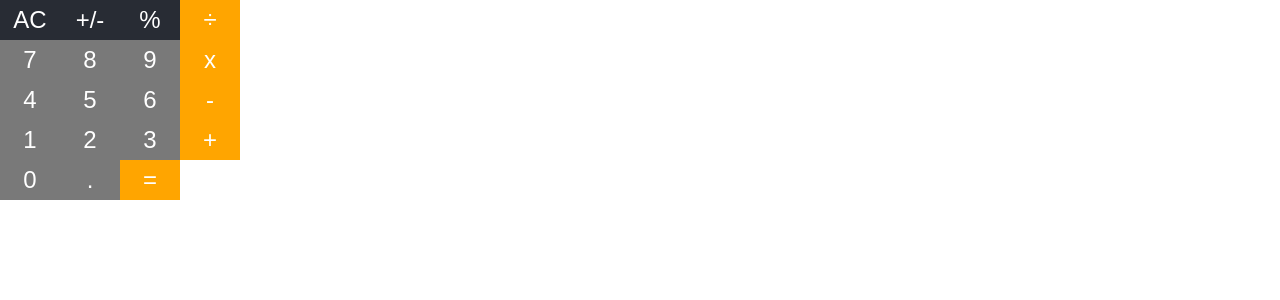
Repository: catsarenotreal/CalculatorWebApp
Page: /
These files come from the project's save history. The page is drawn as it stood at one moment and after the next save; the edit follows.
The browser window is 1280 px wide. The pictures show the whole page.
The project was rebuilt for these pictures with package versions that can differ from the ones it lists, and the page was loaded fresh each time.

Above is the page before, as saved 2024-08-23 10:07:12.

### src/App.tsx
import React from 'react';
// import logo from './logo.svg';
import { useState } from 'react';
import './App.css';

let stack : string[] = [];
var currNum : number = 0;

// const [display, setDisplay] = useState(0);

type Props = {
  val : string;
  colour : 'orange'|'darkgrey'|'lightgrey';
}

function refresh(){

}

// function calculation(op : string) { // when pressing operations, the prior evaluation is supposed to show

//   // var currNum : number;


//   let newNum : number = Number(stack.join());
//   stack.length = 0; // clearing stack

//   switch (op){ // er this is wrong
//     case "+":
//       currNum += newNum;
//       break;
//     case "-":
//       currNum -= newNum;
//       break;
//     case "÷":
//       if (newNum === 0) {
//         refresh(); // display not a number and refresh backend
//       }
//       currNum /= newNum;
//       break;
//     case "x":
//       currNum *= newNum;
//       break;
//   }


//   setDisplay(currNum);

// }

function DisplayScreen(){ // changes on click for = sign
  return <div className = "box">
    currNum;
  </div>
}

function Buttons(props : Props){

  const [display, setDisplay] = useState(0);

  const val = props.val;
  const colour = props.colour;

  function calculation(op : string) { // when pressing operations, the prior evaluation is supposed to show

    // var currNum : number;


    let newNum : number = Number(stack.join());
    stack.length = 0; // clearing stack

    switch (op){ // er this is wrong
      case "+":
        currNum += newNum;
        break;
      case "-":
        currNum -= newNum;
        break;
      case "÷":
        if (newNum === 0) {
          refresh(); // display not a number and refresh backend
        }
        currNum /= newNum;
        break;
      case "x":
        currNum *= newNum;
        break;
    }


    setDisplay(currNum);

  }


  function handleClick(props : Props){
    const val = props.val;

    if (val === "+" || val === "-" || val === "x" || val === "÷"){
      var output = calculation(val);
    }
    else{
      stack.push(val);
    }
  }

  return <button className = {`Buttons ${colour}`} onClick = {() => handleClick(props)}>
    {val}
  </button>
}

export default function Calc() {
  return (
    <main>
      <div className = "row">
        {/* <DisplayScreen> </DisplayScreen> */}
      </div>
      <div className = "row">
        <Buttons val={'AC'} colour = 'darkgrey'/>
        <Buttons val={'+/-'} colour = 'darkgrey'/>
        <Buttons val={'%'} colour = 'darkgrey'/ >
        <Buttons val={'÷'} colour = 'orange' />
      </div>
      <div className = "row">
        <Buttons val={'7'} colour = 'lightgrey'/>
        <Buttons val={'8'} colour = 'lightgrey'/>
        <Buttons val={'9'} colour = 'lightgrey'/ >
        <Buttons val={'x'} colour = 'orange' />
      </div>
      <div className = "row">
        <Buttons val={'4'} colour = 'lightgrey'/>
        <Buttons val={'5'} colour = 'lightgrey'/>
        <Buttons val={'6'} colour = 'lightgrey'/ >
        <Buttons val={'-'} colour = 'orange' />
      </div>
      <div className = "row">
        <Buttons val={'1'} colour = 'lightgrey'/>
        <Buttons val={'2'} colour = 'lightgrey'/>
        <Buttons val={'3'} colour = 'lightgrey'/ >
        <Buttons val={'+'} colour = 'orange' />
      </div>
      <div className = "row">
        <Buttons val={'0'} colour = 'lightgrey'/>
        <Buttons val={'.'} colour = 'lightgrey'/>
        <Buttons val={'='} colour = 'orange'/>
      </div>
    </main>

  );
}

### src/App.css
.App {
  text-align: center;
}

.App-logo {
  height: 40vmin;
  pointer-events: none;
}


.App-header {
  background-color: #282c34;
  min-height: 100vh;
  display: flex;
  flex-direction: column;
  align-items: center;
  justify-content: center;
  font-size: calc(10px + 2vmin);
  color: white;
}

.App-link {
  color: #61dafb;
}


/* .DisplayScreen {
  background-color: rgb(24, 24, 24);
  text-align: right;
} */

.Buttons {
  text-align: center;
  box-shadow: none;
  outline: none;
  border: none;
  font-size: 1.5rem;
  color: white;
  height: 40px;
  width: 60px;
}

.Buttons.orange{
  background-color: orange;
}

.Buttons.lightgrey{
  background-color: #797979;
}

.Buttons.darkgrey{
  background-color:#282c34;
}

.box{
  width: 240px;
  height: 60px;
  font-size: 80%;
  text-align: right;
  background-color: #191d23;
}





@keyframes App-logo-spin {
  from {
    transform: rotate(0deg);
  }
  to {
    transform: rotate(360deg);
  }
}

Loaded but not shown: public/index.html (common file); src/index.tsx (common file); src/index.css (common file); src/reportWebVitals.ts (common file)

After the next save:
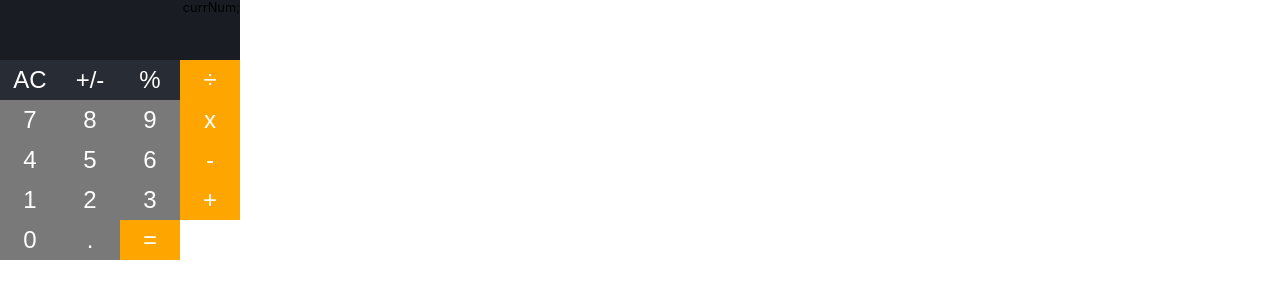
Saved 2 min 29 s later.
--- a/src/App.tsx
+++ b/src/App.tsx
@@ -113,7 +113,7 @@ export default function Calc() {
   return (
     <main>
       <div className = "row">
-        {/* <DisplayScreen> </DisplayScreen> */}
+        <DisplayScreen />
       </div>
       <div className = "row">
         <Buttons val={'AC'} colour = 'darkgrey'/>
